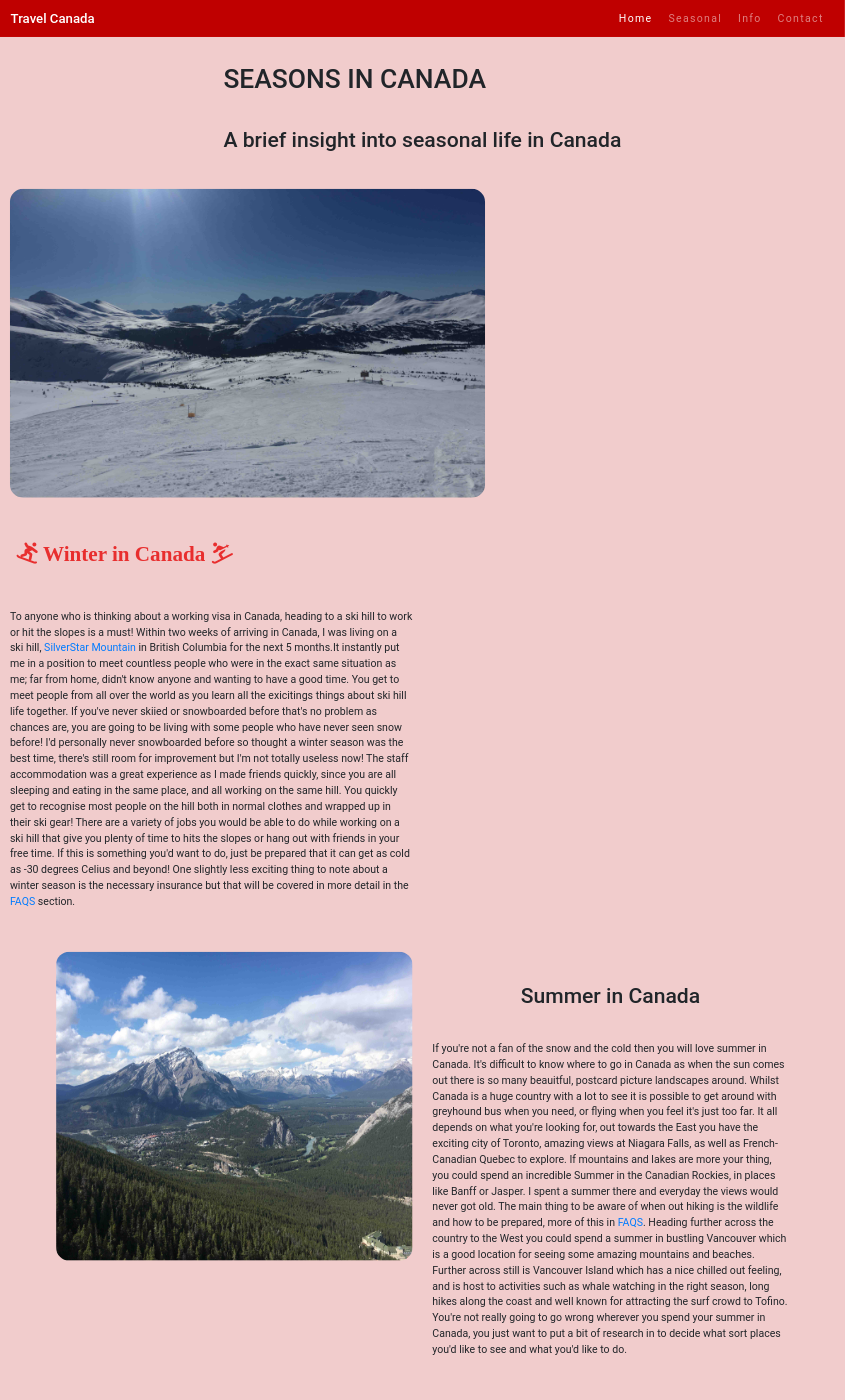
Repository: JonWil91/Travel-Canada
Page: seasonal.html
The author's editor kept a record of every edit. The page is drawn from the files as they stood at one moment, then again after the next edit.
The browser window is 1280 px wide. The pictures show the whole page, at 66% of full size.
Some web libraries are served in a nearby version.

Above is the page before.

### seasonal.html
<!DOCTYPE html>
<html lang="en">

<head>
    <meta charset="UTF-8">
    <meta name="viewport" content="width=device-width, initial-scale=1.0">
    <meta http-equiv="X-UA-Compatible" content="ie=edge">
    <title>Canada</title>
    <link rel="stylesheet" href="https://stackpath.bootstrapcdn.com/bootstrap/4.3.1/css/bootstrap.min.css" integrity="sha384-ggOyR0iXCbMQv3Xipma34MD+dH/1fQ784/j6cY/iJTQUOhcWr7x9JvoRxT2MZw1T" crossorigin="anonymous">
    <link href="https://fonts.googleapis.com/css?family=Montserrat:200,400,500i&display=swap" rel="stylesheet">
    <link rel="stylesheet" href="https://use.fontawesome.com/releases/v5.6.1/css/all.css" integrity="sha384-gfdkjb5BdAXd+lj+gudLWI+BXq4IuLW5IT+brZEZsLFm++aCMlF1V92rMkPaX4PP" crossorigin="anonymous">
    <link rel="stylesheet" href="css/style.css" type="text/css" />


    <body>

        <!-- navbar -->

        <div class="container-fluid navalert-container">
            <nav class="navbar navbar-dark navbar-expand-sm">
                <a href="/" class="navbar-brand">Travel Canada</a>
                <button class="navbar-toggler ml-auto" type="button" data-toggle="collapse" data-target="#navbarNavDropdown" aria-controls="navbarNavDropdown" aria-expanded="false" aria-label="Toggle
        navigation">
            <span class="navbar-toggler-icon"></span>
        </button>
                <div class="collapse navbar-collapse" id="navbarNavDropdown">
                    <ul class="navbar-nav ml-auto">
                        <li class="active nav-item mr-2"><a class="nav-link" href="index.html">Home</a></li>
                        <li class="nav-item mr-2"><a class="nav-link" href="seasonal.html">Seasonal</a></li>
                        <li class="nav-item mr-2"><a class="nav-link" href="info.html">Info</a></li>
                        <li class="nav-item mr-2"><a class="nav-link" href="contact.html">Contact</a></li>

                    </ul>
                </div>
            </nav>
        </div>

        <!-- /navbar -->


        <!-- seasons -->

        <div class="container title-container my-5">
            <div class="row">
                <div class="col-12">
                    <h1 class="text-uppercase my-5">Seasons in Canada</h1>
                    <h2 class="container-subheading">A brief insight into seasonal life in Canada</p>
                </div>
            </div>
        </div>

        <div class="container-fluid">
            <div class="row">
                <div class="col-12">
                    <img src="images/canada-winter.jpg" class="img-fluid">
                </div>
                <div class="col-md-6">
                    <h2 class="my-5 text-center fas fa-snowboarding icon"> Winter in Canada<i class="fas fa-skiing icon fa-flip-horizontal"></i></h2>
                    <p>To anyone who is thinking about a working visa in Canada, heading to a ski hill to work or hit the slopes is a must! Within two weeks of arriving in Canada, I was living on a ski hill, <a href="https://www.skisilverstar.com/" target="_blank">SilverStar Mountain</a>                        in British Columbia for the next 5 months.It instantly put me in a position to meet countless people who were in the exact same situation as me; far from home, didn't know anyone and wanting to have a good time. You get to meet people from
            all over the world as you learn all the exicitings things about ski hill life together. If you've never skiied or snowboarded before that's no problem as chances are, you are going to be living with some people who have never seen snow before! I'd personally never snowboarded before so thought a winter season was the best time, there's still
            room for improvement but I'm not totally useless now! The staff accommodation was a great experience as I made friends quickly, since you are all sleeping and eating in the same place, and all working on the same hill. You quickly get to recognise
            most people on the hill both in normal clothes and wrapped up in their ski gear! There are a variety of jobs you would be able to do while working on a ski hill that give you plenty of time to hits the slopes or hang out with friends in your
            free time. If this is something you'd want to do, just be prepared that it can get as cold as -30 degrees Celius and beyond! One slightly less exciting thing to note about a winter season is the necessary insurance but that will be covered
            in more detail in the <a href="faqs.html">FAQS</a> section.</p>
                </div>
            </div>
        </div>
        </div>


        <div class="container my-5">
            <div class="row">
                <div class="col-md-6">
                    <img src="images/canada-summer.jpg" class="img-fluid">
                </div>
                <div class="col-md-6">
                    <h2 class="my-5 text-center">Summer in Canada</h2>
                    <p>If you're not a fan of the snow and the cold then you will love summer in Canada. It's difficult to know where to go in Canada as when the sun comes out there is so many beauitful, postcard picture landscapes around. Whilst Canada is a huge country with
            a lot to see it is possible to get around with greyhound bus when you need, or flying when you feel it's just too far. It all depends on what you're looking for, out towards the East you have the exciting city of Toronto, amazing views at
            Niagara Falls, as well as French-Canadian Quebec to explore. If mountains and lakes are more your thing, you could spend an incredible Summer in the Canadian Rockies, in places like Banff or Jasper. I spent a summer there and everyday the
            views would never got old. The main thing to be aware of when out hiking is the wildlife and how to be prepared, more of this in <a href="faqs.html">FAQS</a>. Heading further across the country to the West you could spend a summer
            in bustling Vancouver which is a good location for seeing some amazing mountains and beaches. Further across still is Vancouver Island which has a nice chilled out feeling, and is host to activities such as whale watching in the right season,
            long hikes along the coast and well known for attracting the surf crowd to Tofino. You're not really going to go wrong wherever you spend your summer in Canada, you just want to put a bit of research in to decide what sort places you'd like to see and what you'd like to do.
</p>
                </div>
            </div>
        </div>
        </div>



        <!-- /seasons -->

### css/style.css
body {
    font-family: 'Roboto', sans-serif;
    background-color: #f1cccc;
}

/* landing page */

.callout-container {
    height: 100vh;
    background: url("../images/canada-landing-page.jpg") no-repeat bottom right fixed;
    -webkit-background-size: cover;
    -moz-background-size: cover;
    -o-background-size: cover;
    background-size: cover;

    display: flex;
    justify-content: center;
    position: relative;
}

.jumbotron {
    background-color: transparent;
    margin-top: 30px;
    color: #fafafa;
}

.lead {
    margin-top: 50px;
    color: #de5858;
    font-family: 'Roboto', sans-serif;
    font-weight: 600;

}


/* /landing page */

/* Navbar */

.navalert-container {
    position: absolute;
    top: 0;
    left: 0;
    padding-left: 0;
    padding-right: 0;
    z-index: 1;
    background-color: #ff0000;
}

.navbar {
    margin-bottom: 0;
    border: 0;
    width: 100%;
    background-color: rgba(0, 0, 0, 0.25);
}

.navbar .navbar-toggler {
    border: none;
}

.navbar-brand {
    font-weight: 500;
}

.navbar-nav {
    letter-spacing: 2px;
}

/* /navbar */

/* seasonal */

.title-container {
    display: flex;
    justify-content: center;
    position: relative;
}

.container-subheading {
    display: flex;
    justify-content: center;
    position: relative;
}

.img-fluid {
    width: 100vh;
    height: 65vh;
    border-radius: 20px;
}


.icon {
    color: #e82e2e;
    padding: 10px;
    transition: all 0.3s ease 0s;
}

.icon:hover {
    color: #f59e42;
}

.season-title {
    padding: 0 0 20px 0;

}

/* /seasonal */

/* Footer */

.footer {
    background-color: #ff0000;
    color: #fafafa;
    float: right;
}

/* /footer */

After the next edit:
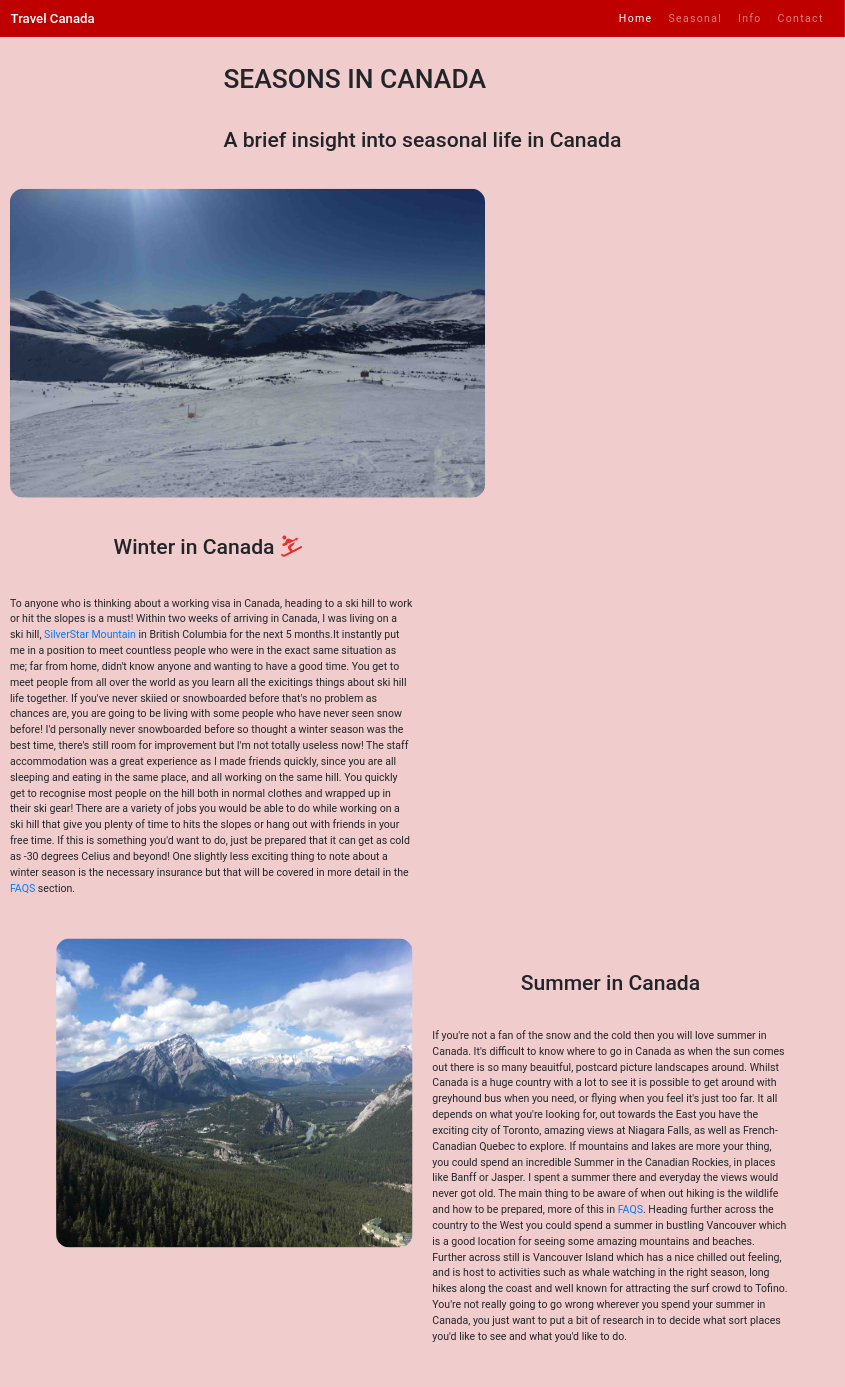
The edit:
--- a/seasonal.html
+++ b/seasonal.html
@@ -55,7 +55,7 @@
                     <img src="images/canada-winter.jpg" class="img-fluid">
                 </div>
                 <div class="col-md-6">
-                    <h2 class="my-5 text-center fas fa-snowboarding icon"> Winter in Canada<i class="fas fa-skiing icon fa-flip-horizontal"></i></h2>
+                    <h2 class="my-5 text-center"> Winter in Canada<i class="fas fa-skiing icon fa-flip-horizontal"></i></h2>
                     <p>To anyone who is thinking about a working visa in Canada, heading to a ski hill to work or hit the slopes is a must! Within two weeks of arriving in Canada, I was living on a ski hill, <a href="https://www.skisilverstar.com/" target="_blank">SilverStar Mountain</a>                        in British Columbia for the next 5 months.It instantly put me in a position to meet countless people who were in the exact same situation as me; far from home, didn't know anyone and wanting to have a good time. You get to meet people from
             all over the world as you learn all the exicitings things about ski hill life together. If you've never skiied or snowboarded before that's no problem as chances are, you are going to be living with some people who have never seen snow before! I'd personally never snowboarded before so thought a winter season was the best time, there's still
             room for improvement but I'm not totally useless now! The staff accommodation was a great experience as I made friends quickly, since you are all sleeping and eating in the same place, and all working on the same hill. You quickly get to recognise
